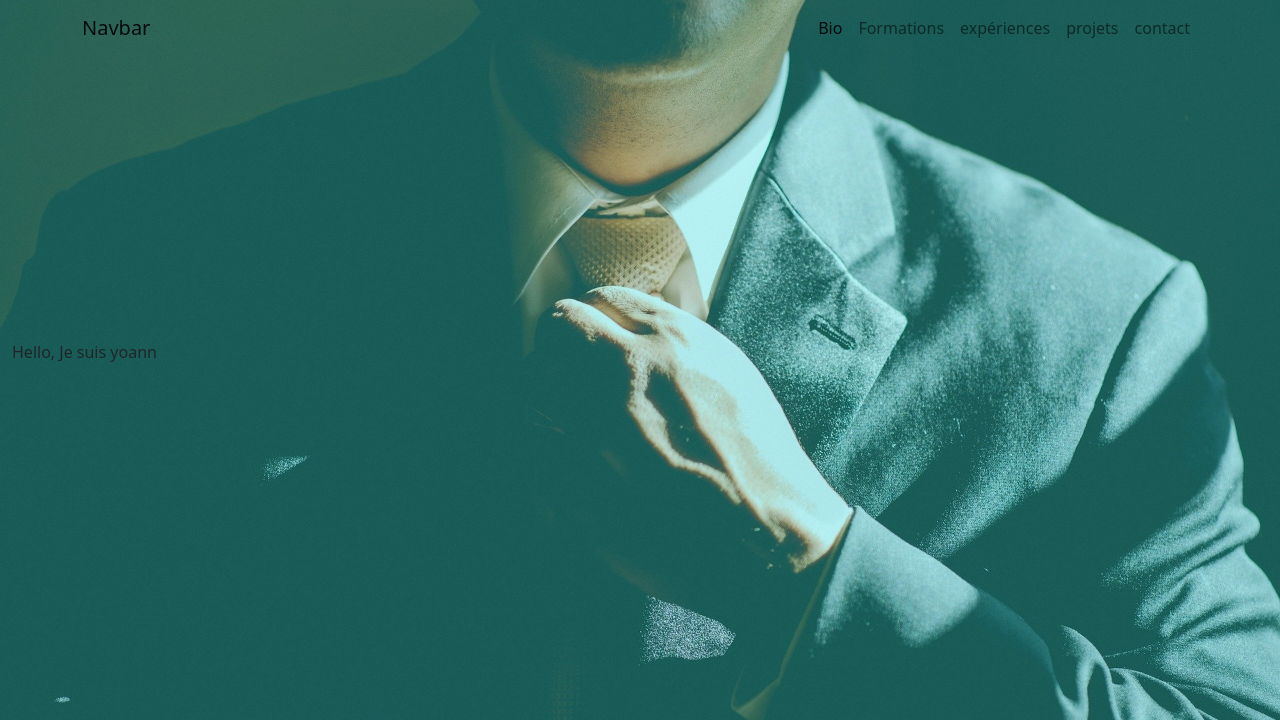
Repository: ypiard85/port-folio-bootstrap-yoann-2021
Page: index.html
The author's editor kept a copy of each file at every save. The page is drawn from the files as they stood at one save, then again after the next save.
The browser window is 1280 px wide. The pictures show the whole page.

Above is the page before, as saved 2021-03-09 12:23:23.

After the next save:
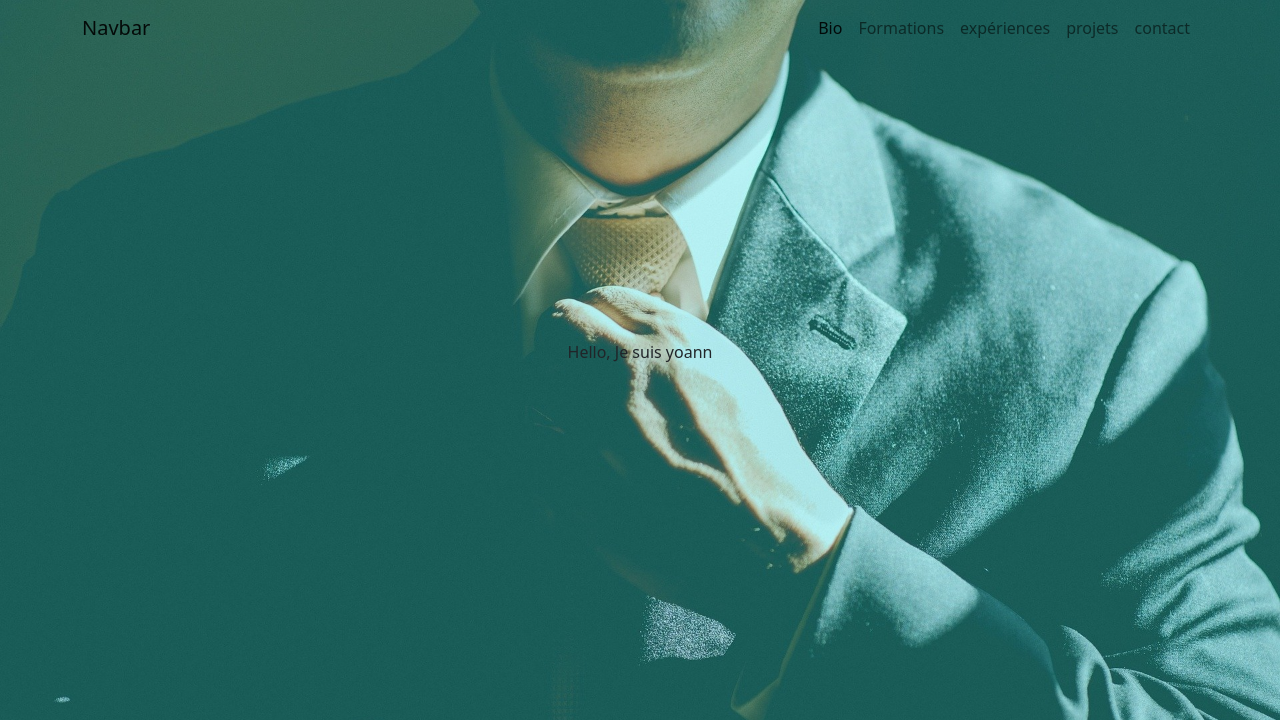
Saved 8 s later.
--- a/index.html
+++ b/index.html
@@ -39,7 +39,7 @@
             </div>
           </nav>
 
-          <header class="container-fluid d-flex align-items-center">
+          <header class="container-fluid d-flex align-items-center justify-content-center">
               <p>Hello, Je suis yoann</p>
           </header>
 
